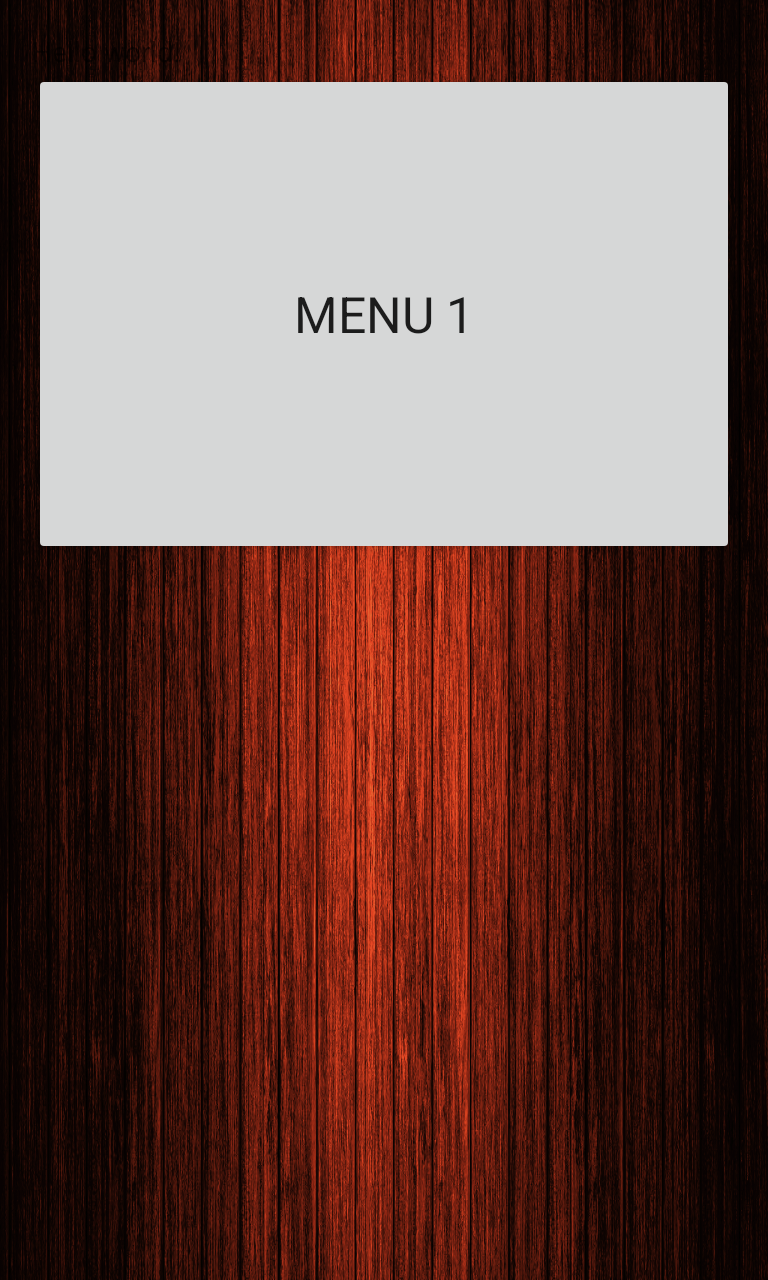
Repository: Hedlundaren/androidmenu
Layout: startmenu/res/layout/activity_main.xml
The author's editor kept a copy of each file at every save. The layout is drawn from the files as they stood at one save, then again after the next save.
It is drawn on a 768 x 1280 px phone screen (xhdpi) without system bars, with theme AppTheme; the app's code is not run.

Above is the layout before, as saved 2014-11-05 17:20:05.

After the next save:
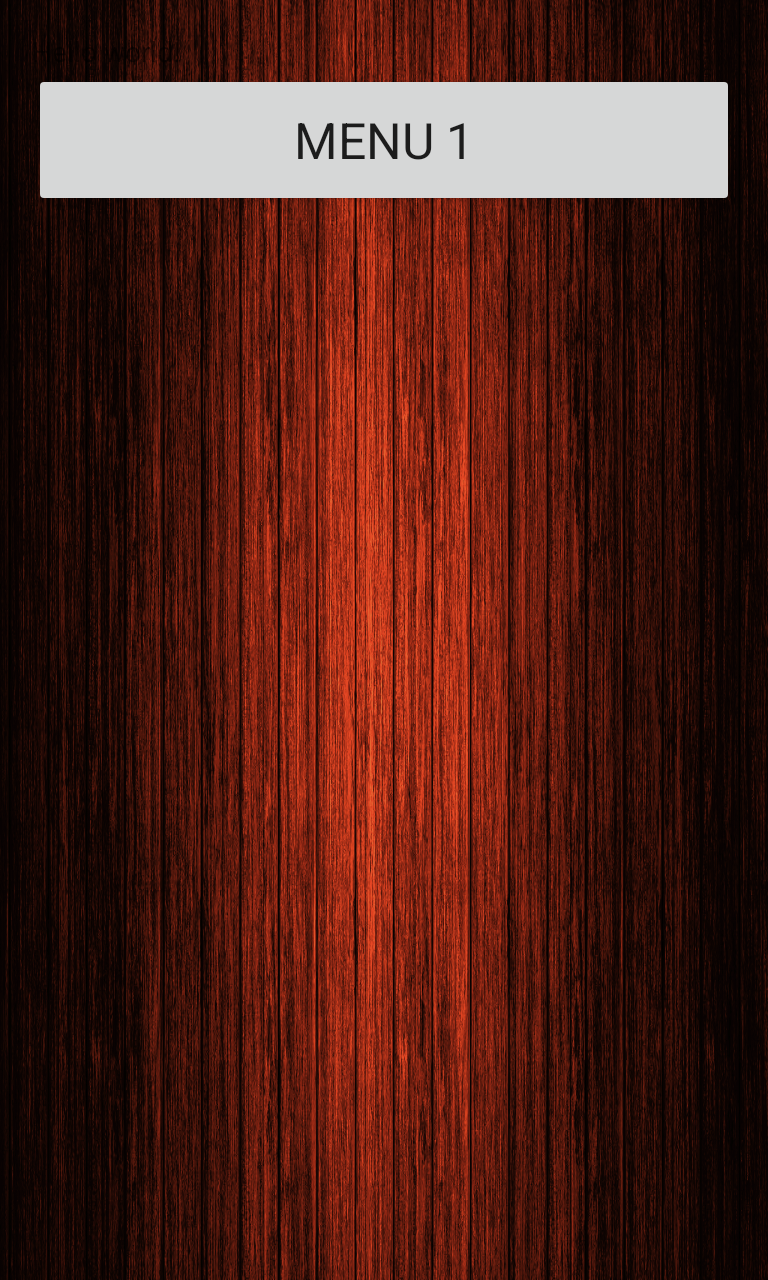
Saved 7 s later.
--- a/startmenu/res/layout/activity_main.xml
+++ b/startmenu/res/layout/activity_main.xml
@@ -18,7 +18,7 @@
     <Button
         android:id="@+id/button1"
         android:layout_width="wrap_content"
-        android:layout_height="244dp"
+        android:layout_height="70dp"
         android:layout_alignLeft="@+id/textView1"
         android:layout_alignParentRight="true"
         android:layout_below="@+id/textView1"
